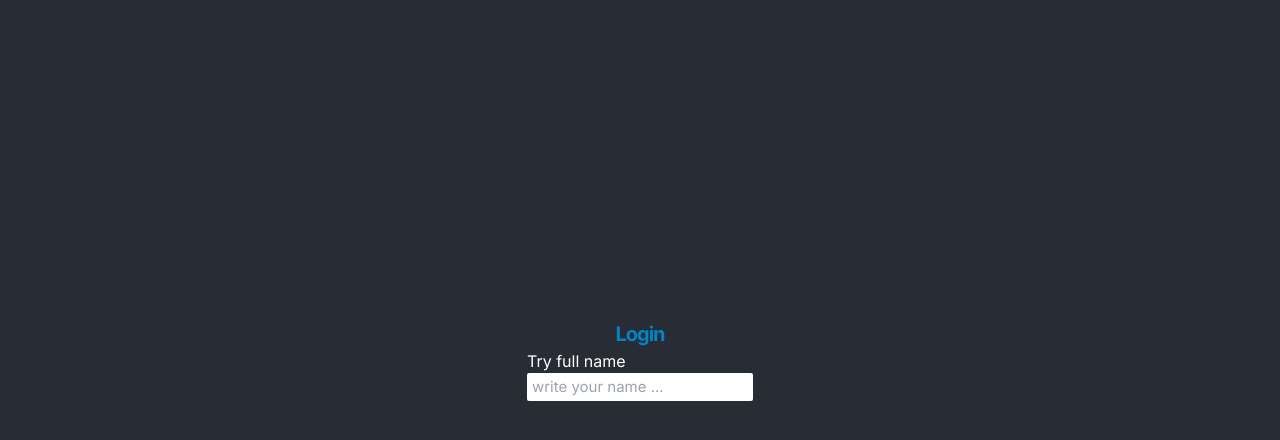
Repository: devsecops-node/simple-play
Page: /
These files come from the project's save history. The page is drawn as it stood at one moment and after the next save; the edit follows.
The browser window is 1280 px wide. The pictures show the whole page.
The project was rebuilt for these pictures with package versions that can differ from the ones it lists, and the page was loaded fresh each time. The framework's server and built-in components were replaced by stand-ins that run in the browser. Also part of the build but not shown: next.config.mjs, src/app/_components/RecomendationsSearch.tsx.

Above is the page before, as saved 2024-06-21 16:34:10.

### src/app/(main)/page.tsx
import Image from "next/image";
import Container from "../_components/Container";
import FormsName from "../_components/FormsName";

export default function Home() {
  return (
    <Container>
      <h1 className="text-[20px] text-sky-600 font-bold tracking-tighter">Login</h1>
      <FormsName />
    </Container>
  );
}

### src/app/globals.css
@tailwind base;
@tailwind components;
@tailwind utilities;

:root {
  --foreground-rgb: 0, 0, 0;
  --background-start-rgb: 214, 219, 220;
  --background-end-rgb: 255, 255, 255;
}

@media (prefers-color-scheme: dark) {
  :root {
    --foreground-rgb: 255, 255, 255;
    --background-start-rgb: 0, 0, 0;
    --background-end-rgb: 0, 0, 0;
  }
}

body {
  color: rgb(var(--foreground-rgb));
  background: linear-gradient(to bottom,
      transparent,
      rgb(var(--background-end-rgb))) rgb(var(--background-start-rgb));
}

@layer utilities {
  .text-balance {
    text-wrap: balance;
  }
}

input {
  color: black;
  padding: 3px 5px;
  border-radius: 0.125rem;
  -webkit-border-radius: 0.125rem;
  -moz-border-radius: 0.125rem;
  -ms-border-radius: 0.125rem;
  -o-border-radius: 0.125rem;
  font-size: 15px;
  border: none;
}

input[type=text]:focus {
  outline: 2px solid #0284c7;
}

### src/app/_components/Container.tsx
import React from 'react'

const Container = ({ children }: { children: React.ReactNode }) => {
  return (
    <div className='bg-[#282c34] h-screen text-white flex flex-col justify-center items-center'>
      {children}
    </div>
  )
}

export default Container

### src/app/_components/FormsName.tsx
"use client"
import React, { useState } from 'react'
import RecomendationsSearch from './RecomendationsSearch'

const FormsName = () => {
  const [name, setName] = useState('')
  const [statusSearch, setStatusSearch] = useState(false)

  const retrieveData = (data: { id: string, rec: string }) => {
    console.log(data)
    setStatusSearch(false)
  }

  return (
    <form action="/" className="flex flex-col">
      <section className="flex flex-col">
        <label htmlFor="name" >Try full name</label>
        <input
          type="text"
          onKeyUp={() => setStatusSearch(true)}
          value={name} onChange={(e) => setName(e.target.value)}
          placeholder="write your name ..." id="name" />
      </section>
      {statusSearch ? (<RecomendationsSearch retrieveData={retrieveData} />) : <></>}
    </form>
  )
}

export default FormsName

Loaded but not shown: src/app/layout.tsx (common file); tailwind.config.ts (common file)

After the next save:
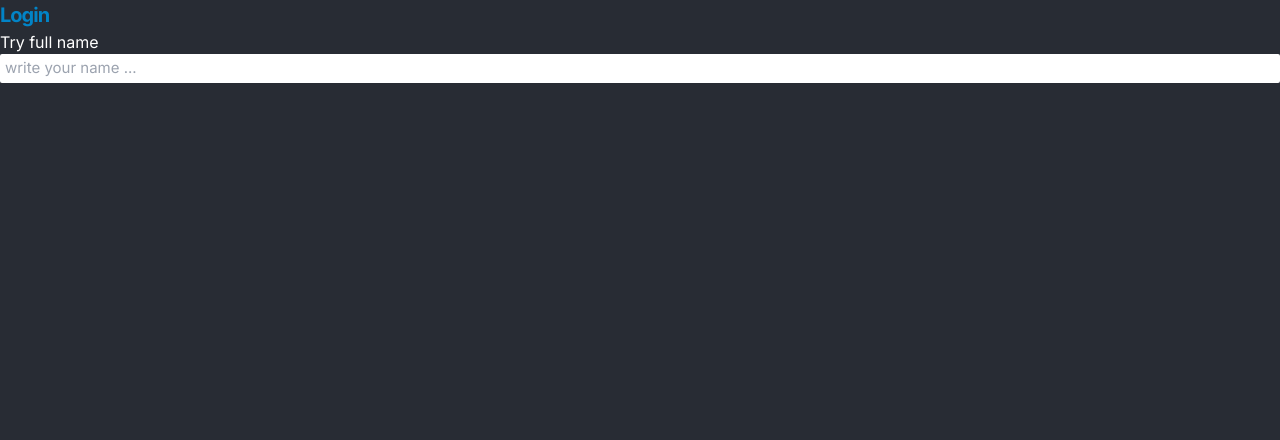
Saved 36 s later.
--- a/src/app/_components/Container.tsx
+++ b/src/app/_components/Container.tsx
@@ -2,7 +2,7 @@ import React from 'react'
 
 const Container = ({ children }: { children: React.ReactNode }) => {
   return (
-    <div className='bg-[#282c34] h-screen text-white flex flex-col justify-center items-center'>
+    <div className='bg-[#282c34] h-screen text-white  flex-col justify-center items-center'>
       {children}
     </div>
   )
